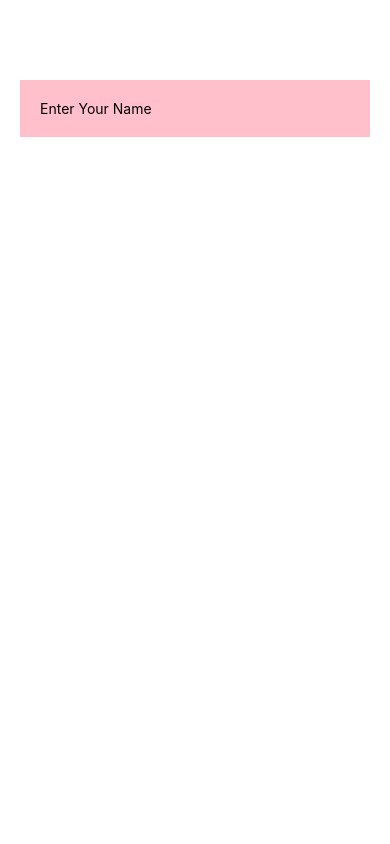
Repository: akinmiday/ReactNativeApp
Screen: /
The author's editor kept a copy of each file at every save. The screen is drawn from the files as they stood at one save, then again after the next save.
The app was drawn by React Native's web renderer in a window 390 px wide. The project was rebuilt for these pictures with package versions that can differ from the ones it lists, and the page was loaded fresh each time.

Above is the screen before, as saved 2023-08-05 06:38:42.

### App.js
import { View, TextInput, ActivityIndicator } from "react-native";
import styles from "./styles";
import { useState } from "react";

export default function App() {
  const { container, text, input } = styles;
  const [name, setName] = useState("");
  const [shown, setShown] = useState(false);

  return (
    <View style={container}>
      <TextInput
        style={input}
        placeholder="Enter Your Name"
        onChangeText={(text) => setName(text)}
      />
      <ActivityIndicator size="large" color="red" animating={false} />
    </View>
  );
}

### styles.js
import { StyleSheet } from "react-native";

const styles = StyleSheet.create({
  container: {
    marginTop: 40,
    padding: 20,
    backgroundColor: "#fff",
    flex: 1,
  },
  input: {
    backgroundColor: "pink",
    marginTop: 20,
    padding: 20,
    marginTop: 20,
    marginBottom: 20,
  },
  text: {
    fontSize: 20,
    color: "blue",
    fontWeight: "bold",
  },
  button: {
    backgroundColor: "yellow",
    padding: 15,
    alignItems: "center",
    width: "50%",
    alignSelf: "center",
    borderWidth: 5,
    borderColor: "green",
    marginTop: 20,
  },
});

export default styles;

After the next save:
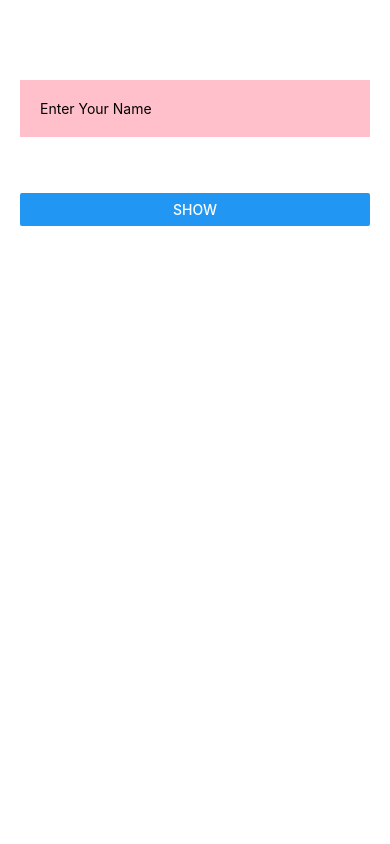
Saved 23 s later.
--- a/App.js
+++ b/App.js
@@ -1,4 +1,4 @@
-import { View, TextInput, ActivityIndicator } from "react-native";
+import { View, TextInput, ActivityIndicator, Button } from "react-native";
 import styles from "./styles";
 import { useState } from "react";
 
@@ -15,6 +15,7 @@ export default function App() {
         onChangeText={(text) => setName(text)}
       />
       <ActivityIndicator size="large" color="red" animating={false} />
+      <Button title="Show" />
     </View>
   );
 }
